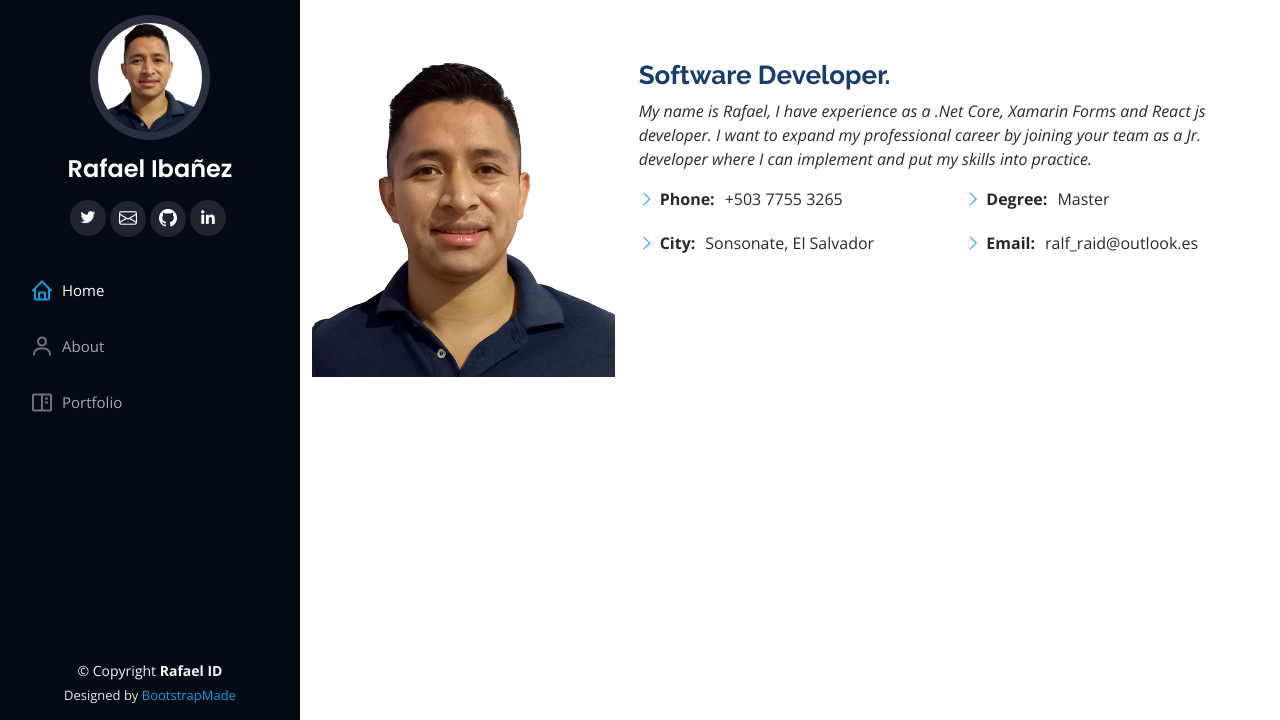
Repository: ralfId/myportfolio
Page: /about
The author's editor kept a copy of each file at every save. The page is drawn from the files as they stood at one save, then again after the next save.
The browser window is 1280 px wide. The pictures show the whole page.
The project was rebuilt for these pictures with package versions that can differ from the ones it lists, and the page was loaded fresh each time. Also part of the build but not shown: src/components/Home.js, src/data/projects.js, src/components/Projects/ProjectItem.js, src/components/Projects/ProjectIndex.js, src/helpers/ProjectById.js, src/components/Projects/ProjectDetail.js.

Above is the page before, as saved 2021-09-20 19:01:34.

### public/index.html
<!DOCTYPE html>
<html lang="en">

<head>
  <meta charset="utf-8" />
  <link rel="icon" href="%PUBLIC_URL%/favicon.ico" />
  <meta name="viewport" content="width=device-width, initial-scale=1" />
  <meta name="theme-color" content="#000000" />
  <meta name="description" content="Web site created using create-react-app" />
  <link rel="apple-touch-icon" href="%PUBLIC_URL%/logo192.png" />
  <link rel="manifest" href="%PUBLIC_URL%/manifest.json" />

  <!-- Google Fonts -->
  <link
    href="https://fonts.googleapis.com/css?family=Open+Sans:300,300i,400,400i,600,600i,700,700i|Raleway:300,300i,400,400i,500,500i,600,600i,700,700i|Poppins:300,300i,400,400i,500,500i,600,600i,700,700i"
    rel="stylesheet">

  <!-- Vendor CSS Files -->
  <link href="vendor/aos/aos.css" rel="stylesheet">
  <link href="vendor/bootstrap/css/bootstrap.min.css" rel="stylesheet">
  <link href="vendor/bootstrap-icons/bootstrap-icons.css" rel="stylesheet">
  <link href="vendor/boxicons/css/boxicons.min.css" rel="stylesheet">
  <link href="vendor/glightbox/css/glightbox.min.css" rel="stylesheet">
  <link href="vendor/swiper/swiper-bundle.min.css" rel="stylesheet">

  <!-- Template Main CSS File -->
  <link href="css/style.css" rel="stylesheet">
  <title>React App</title>

  <!-- =======================================================
  * Template Name: iPortfolio - v3.3.0
  * Template URL: https://bootstrapmade.com/iportfolio-bootstrap-portfolio-websites-template/
  * Author: BootstrapMade.com
  * License: https://bootstrapmade.com/license/
  ======================================================== -->
</head>

<body>
  <noscript>You need to enable JavaScript to run this app.</noscript>
  <div id="root"></div>
  <!--
      This HTML file is a template.
      If you open it directly in the browser, you will see an empty page.

      You can add webfonts, meta tags, or analytics to this file.
      The build step will place the bundled scripts into the <body> tag.

      To begin the development, run `npm start` or `yarn start`.
      To create a production bundle, use `npm run build` or `yarn build`.
    -->
 <!-- Vendor JS Files -->
 <script src="vendor/aos/aos.js" type="text/javascript"></script>
 <script src="vendor/bootstrap/js/bootstrap.bundle.min.js" type="text/javascript"></script>
 <script src="vendor/glightbox/js/glightbox.min.js" type="text/javascript"></script>
 <script src="vendor/isotope-layout/isotope.pkgd.min.js" type="text/javascript"></script>
 <script src="vendor/php-email-form/validate.js" type="text/javascript"></script>
 <script src="vendor/purecounter/purecounter.js" type="text/javascript"></script>
 <script src="vendor/swiper/swiper-bundle.min.js" type="text/javascript"></script>
 <script src="vendor/typed.js/typed.min.js" type="text/javascript"></script>
 <script src="vendor/waypoints/noframework.waypoints.js" type="text/javascript"></script>

 <!-- Template Main JS File -->
 <script src="js/main.js" type="text/javascript"></script>

</body>

</html>

### src/components/About.js
import React from 'react'

export const About = () => {
    return (

        <section id="about" className="about">
            <div className="container">

                <div className="row">
                    <div className="col-lg-4" data-aos="fade-right">
                        <img src="../img/profile-img.png" className="img-fluid" alt="" />
                    </div>
                    <div className="col-lg-8 pt-4 pt-lg-0 content" data-aos="fade-left">
                        <h3>Software Developer.</h3>
                        <p className="fst-italic">
                        My name is Rafael, I have experience as a .Net Core, Xamarin Forms and React js developer.
                        I want to expand my professional career by joining your team as a Jr. developer where
                        I can implement and put my skills into practice.
                        </p>
                        <div className="row">
                            <div className="col-lg-6">
                                <ul>
                                    <li><i className="bi bi-chevron-right"></i> <strong>Phone:</strong> <span>+503 7755 3265</span></li>
                                    <li><i className="bi bi-chevron-right"></i> <strong>City:</strong> <span>Sonsonate, El Salvador</span></li>
                                </ul>
                            </div>
                            <div className="col-lg-6">
                                <ul>
                                    <li><i className="bi bi-chevron-right"></i> <strong>Degree:</strong> <span>Master</span></li>
                                    <li><i className="bi bi-chevron-right"></i> <strong>Email:</strong> <span>ralf_raid@outlook.es</span></li>
                                </ul>
                            </div>
                        </div>
                    </div>
                </div>

            </div>
        </section>

    )
}

Loaded but not shown: src/index.js (common file); public/vendor/aos/aos.css (library); public/vendor/bootstrap/css/bootstrap.min.css (library); public/vendor/bootstrap-icons/bootstrap-icons.css (library); public/vendor/boxicons/css/boxicons.min.css (library); public/vendor/glightbox/css/glightbox.min.css (library); public/vendor/swiper/swiper-bundle.min.css (library); public/vendor/aos/aos.js (library); public/vendor/bootstrap/js/bootstrap.bundle.min.js (library); public/vendor/glightbox/js/glightbox.min.js (library); public/vendor/isotope-layout/isotope.pkgd.min.js (library); public/vendor/php-email-form/validate.js (common file); public/vendor/purecounter/purecounter.js (library); public/vendor/swiper/swiper-bundle.min.js (library); public/vendor/typed.js/typed.min.js (library); public/vendor/waypoints/noframework.waypoints.js (library); public/js/main.js (267 lines, source omitted); src/components/Nav.js (48 lines, source omitted); src/routers/AppRouter.js (33 lines, source omitted); src/components/Footer.js (16 lines, source omitted); src/Portfolio.js (10 lines, source omitted); public/css/style.css (1154 lines, source omitted)

After the next save:
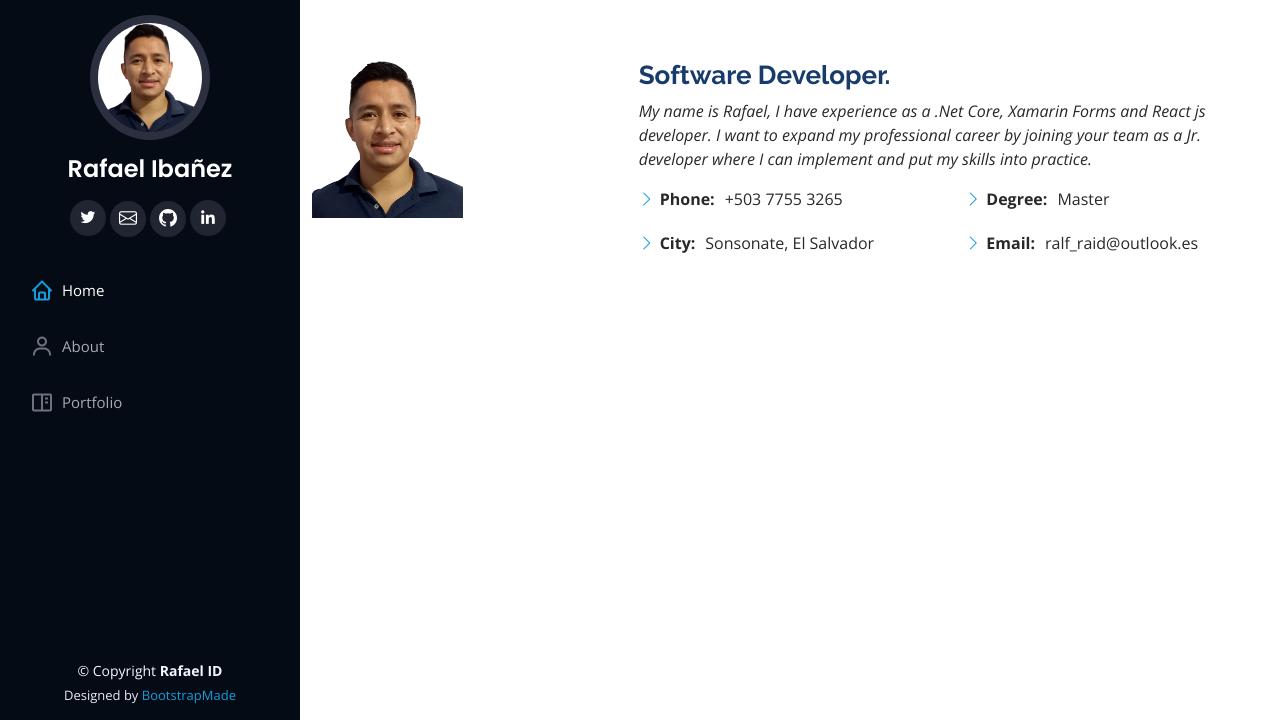
Saved 97 s later.
--- a/src/components/About.js
+++ b/src/components/About.js
@@ -8,7 +8,7 @@ export const About = () => {
 
                 <div className="row">
                     <div className="col-lg-4" data-aos="fade-right">
-                        <img src="../img/profile-img.png" className="img-fluid" alt="" />
+                        <img src="../img/profile-img.png" className="img-fluid w-50" alt="" />
                     </div>
                     <div className="col-lg-8 pt-4 pt-lg-0 content" data-aos="fade-left">
                         <h3>Software Developer.</h3>
